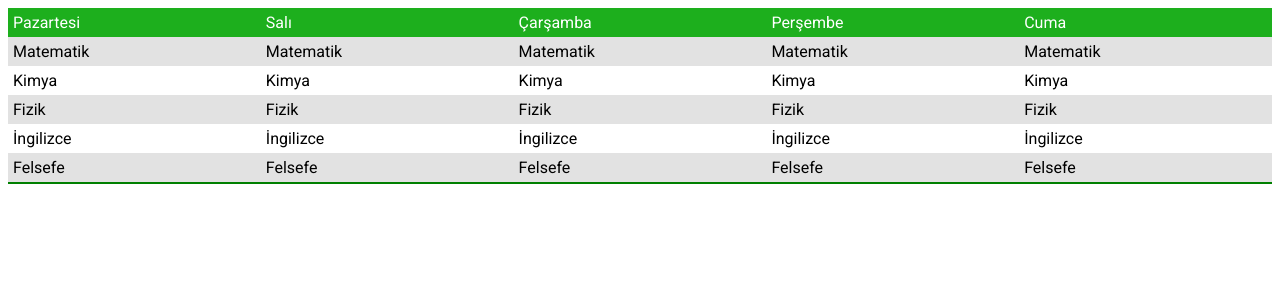
Repository: ahmetbugraozcan/css-ders-programi
Page: deneme.html
These files come from the project's save history. The page is drawn as it stood at one moment and after the next save; the edit follows.
The browser window is 1280 px wide. The pictures show the whole page.

Above is the page before, as saved 2021-07-10 09:45:39.

### deneme.html
<!DOCTYPE html>
<html lang="en">

<head>
    <link href='http://fonts.googleapis.com/css?family=Roboto' rel='stylesheet' type='text/css'>

    <meta charset="UTF-8">
    <meta http-equiv="X-UA-Compatible" content="IE=edge">
    <meta name="viewport" content="width=device-width, initial-scale=1.0">
    <title>Document</title>
</head>
<style>

body {
          font-family: 'Roboto', sans-serif;

        }

    header {
        background-color: rgb(29, 175, 29);
        color: white;
    }

    header,
    .row {
        display: flex;
        /* aligns all child elements (flex items) in a row */
    }

    .col :nth-of-type(odd){
        background-color:rgb(226, 226, 226) ;
    }
    .col :last-child {
        border-bottom: 2px solid green;
    }

    .col > div , header > div{
        padding: 5px;

    }

    .row{
        border-bottom: 1px ;
    }
    .col {
        flex: 1;
        /* distributes space on the line equally among items */
    }
</style>

<body>

    <header>
        <div class="col">Pazartesi</div>
        <div class="col">Salı</div>
        <div class="col">Çarşamba</div>
        <div class="col">Perşembe</div>
        <div class="col">Cuma</div>
    </header>
    <div class="row">
        <div class="col">
            <div>Matematik</div>
            <div>Kimya</div>
            <div>Fizik</div>
            <div>İngilizce</div>
            <div>Felsefe</div>
        </div>
        <div class="col"><div>Matematik</div><div>Kimya</div>
            <div>Fizik</div>
            <div>İngilizce</div>
            <div>Felsefe</div>
        </div>
        <div class="col"><div>Matematik</div>
            <div>Kimya</div>
            <div>Fizik</div>
            <div>İngilizce</div>
            <div>Felsefe</div>
        </div>
        <div class="col"><div>Matematik</div><div>Kimya</div>
            <div>Fizik</div>
            <div>İngilizce</div>
            <div>Felsefe</div>
        </div>
        <div class="col"><div>Matematik</div>
            <div>Kimya</div>
            <div>Fizik</div>
            <div>İngilizce</div>
            <div>Felsefe</div>
        </div>
    </div>
</body>

</html>

After the next save:
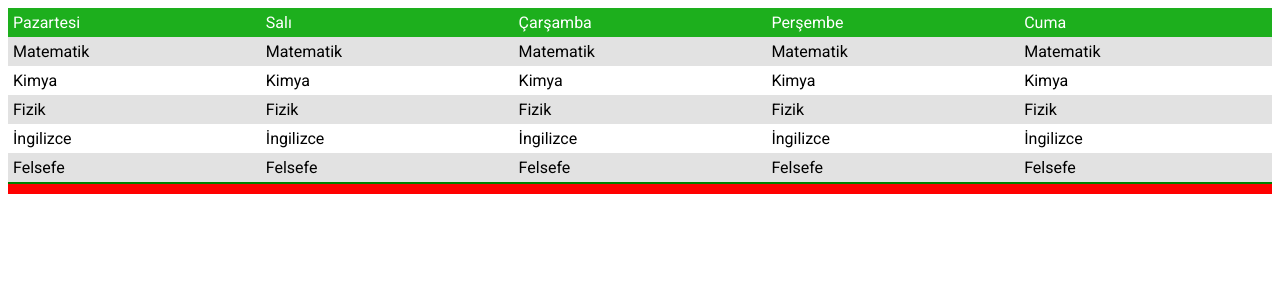
Saved 7 s later.
--- a/deneme.html
+++ b/deneme.html
@@ -40,7 +40,7 @@ body {
     }
 
     .row{
-        border-bottom: 1px ;
+        border-bottom: 10px solid red;
     }
     .col {
         flex: 1;

After the save that followed:
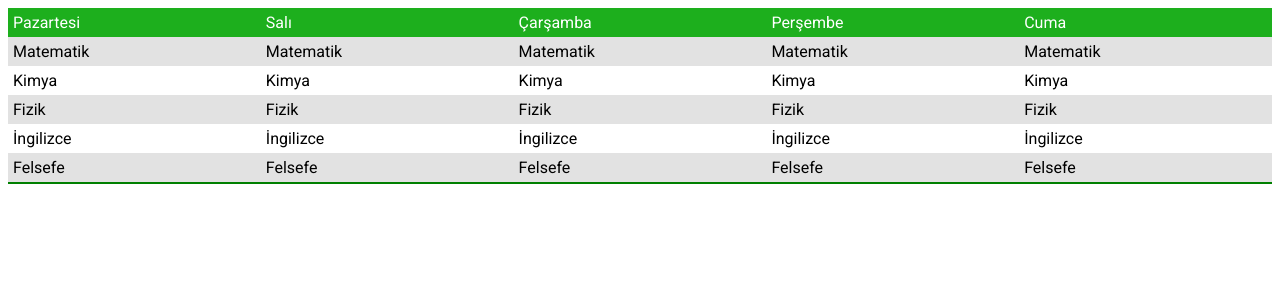
Saved 10 s later.
--- a/deneme.html
+++ b/deneme.html
@@ -39,7 +39,7 @@ body {
 
     }
 
-    .row{
+    .column{
         border-bottom: 10px solid red;
     }
     .col {
